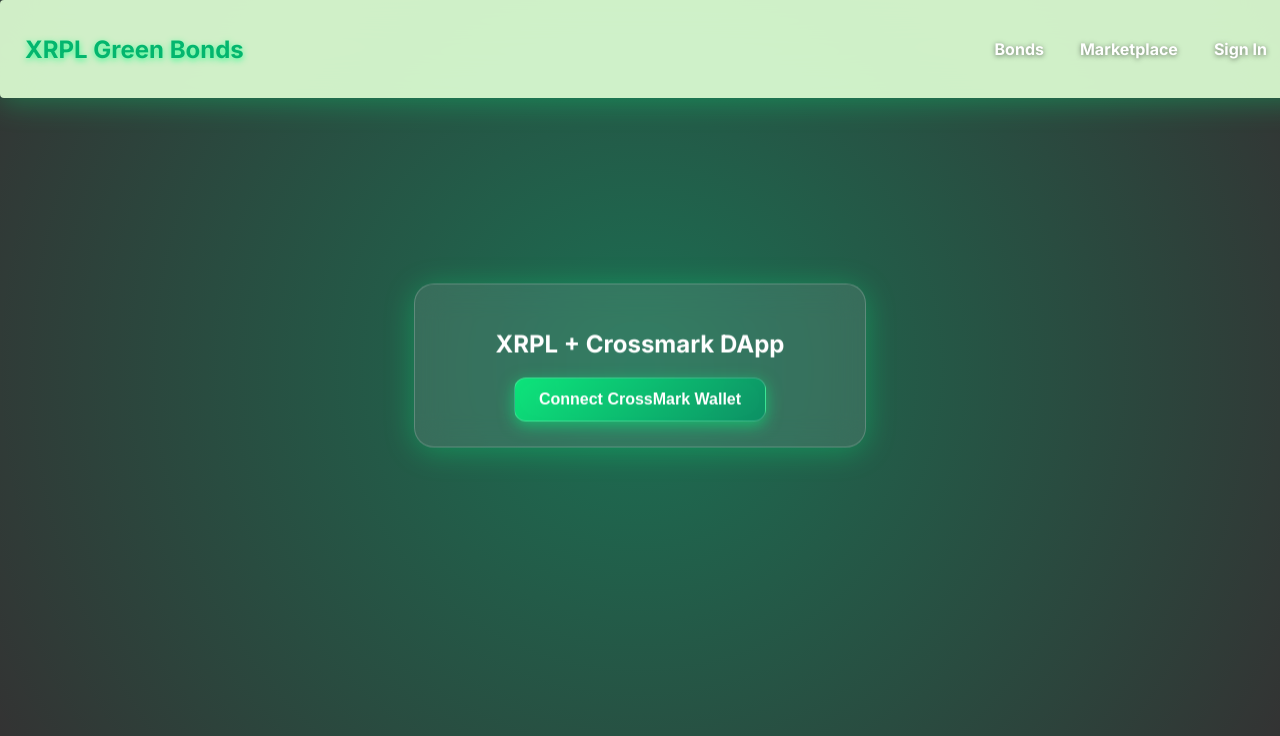
Repository: pbryzek/hackathon-xrpl
Page: / (app in frontend/)
An editor plug-in stored every save of this project. The page is shown before and after the next save, followed by the edit.
The browser window is 1280 px wide. The pictures show the whole page.
The page's requests for data from a server got no answer. The project was rebuilt for these pictures with package versions that can differ from the ones it lists, and the page was loaded fresh each time. No one was signed in, and anything a server would have sent is missing. Also part of the build but not shown: frontend/vite.config.ts, frontend/src/services/bondService.ts, frontend/src/pages/BondSelection.tsx, frontend/src/lib/utils.ts, frontend/src/components/ui/button.tsx, frontend/src/components/ui/input.tsx, frontend/src/components/ui/label.tsx, frontend/src/components/ui/tabs.tsx and 15 more.

Above is the page before, as saved 2025-03-15 12:00:05.

### frontend/index.html
<!DOCTYPE html>
<html lang="en">
  <head>
    <meta charset="UTF-8" />
    <meta name="viewport" content="width=device-width, initial-scale=1.0" />
    <title>buy-sell-bonds</title>
    <meta name="description" content="Lovable Generated Project" />
    <meta name="author" content="Lovable" />
    <meta property="og:image" content="/og-image.png" />
  </head>

  <body>
    <div id="root"></div>
    <!-- IMPORTANT: DO NOT REMOVE THIS SCRIPT TAG OR THIS VERY COMMENT! -->
    <script src="https://cdn.gpteng.co/gptengineer.js" type="module"></script>
    <script type="module" src="/src/main.tsx"></script>
  </body>
</html>

### frontend/src/main.tsx
import { createRoot } from 'react-dom/client'
import App from './App.tsx'
import './index.css'
import './index1.css'

createRoot(document.getElementById("root")!).render(<App />);

### frontend/src/App.tsx
import React from "react";
import { BrowserRouter as Router, Routes, Route } from "react-router-dom";
import BondSelection from "./pages/BondSelection";
import CrossMarkAuth from "./pages/CrossMarkAuth";
import Index from "./pages/Index";
import NotFound from "./pages/NotFound";
// ✅ Import the Header Component
import Header from "./components/ui/header";
import "./index.css"; // ✅ Ensure Tailwind is applied
import "./index1.css"; // ✅ Ensure Tailwind is applied


const App: React.FC = () => {
  return (
    <Router>
      <div className="flex flex-col min-h-screen bg-background text-foreground">
        <Header />
        <main className="flex-grow p-4">
          <Routes>
            <Route path="/" element={<CrossMarkAuth />} />
            <Route path="/bonds" element={<BondSelection />} />
            <Route path="/marketplace" element={<Index />} />
            <Route path="*" element={<NotFound />} />
          </Routes>
        </main>
      </div>
    </Router>
  );
};

export default App;

### frontend/src/index.css
@import url('https://fonts.googleapis.com/css2?family=Inter:wght@100;200;300;400;500;600;700;800;900&display=swap');

@tailwind base;
@tailwind components;
@tailwind utilities;


@layer base {
  :root {
    --background: 210 40% 98%;
    --foreground: 222 47% 11%;

    --card: 0 0% 100%;
    --card-foreground: 222 47% 11%;

    --popover: 0 0% 100%;
    --popover-foreground: 222 47% 11%;

    --primary: 221 83% 53%;
    --primary-foreground: 210 40% 98%;

    --secondary: 210 40% 96%;
    --secondary-foreground: 222 47% 11%;

    --muted: 210 40% 96%;
    --muted-foreground: 220 16% 46%;

    --accent: 210 40% 96%;
    --accent-foreground: 222 47% 11%;

    --destructive: 0 84% 60%;
    --destructive-foreground: 210 40% 98%;

    --border: 220 14% 90%;
    --input: 220 14% 90%;
    --ring: 221 83% 53%;

    --radius: 0.8rem;

    --bond-blue: 221 83% 53%;
    --bond-blue-light: 213 94% 68%;
    --bond-blue-dark: 224 76% 48%;
    --bond-gray: 220 14% 90%;
    --bond-gray-light: 220 14% 95%;
    --bond-gray-dark: 218 11% 80%;
    --bond-green: 142 76% 36%;
    --bond-red: 0 84% 60%;
  }

  .dark {
    --background: 222 47% 11%;
    --foreground: 210 40% 98%;

    --card: 222 47% 11%;
    --card-foreground: 210 40% 98%;

    --popover: 222 47% 11%;
    --popover-foreground: 210 40% 98%;

    --primary: 217 91% 60%;
    --primary-foreground: 222 47% 11%;

    --secondary: 217 33% 17%;
    --secondary-foreground: 210 40% 98%;

    --muted: 217 33% 17%;
    --muted-foreground: 215 20% 65%;

    --accent: 217 33% 17%;
    --accent-foreground: 210 40% 98%;

    --destructive: 0 63% 31%;
    --destructive-foreground: 210 40% 98%;

    --border: 217 33% 17%;
    --input: 217 33% 17%;
    --ring: 224 76% 48%;
  }
}

@layer base {
  body {
    background-color: hsl(var(--background));
    color: hsl(var(--foreground));
  }
}

.glass-panel {
  background-color: rgba(255, 255, 255, 0.9);
  backdrop-filter: blur(12px);
  border: 1px solid rgba(255, 255, 255, 0.4);
  box-shadow: 0 4px 6px -1px rgba(0, 0, 0, 0.1), 0 2px 4px -1px rgba(0, 0, 0, 0.06);
}

.animate-enter {
  animation: fade-in 0.4s forwards, slide-up 0.4s forwards;
}

.bond-hover {
  transition: all 0.2s ease-out;
}

.bond-hover:hover {
  transform: translateY(-2px);
}

/* Scrollbar styling */
::-webkit-scrollbar {
  width: 6px;
  height: 6px;
}

::-webkit-scrollbar-track {
  background: transparent;
}

::-webkit-scrollbar-thumb {
  background: hsl(var(--bond-gray-dark));
  border-radius: 6px;
}

::-webkit-scrollbar-thumb:hover {
  background: hsl(var(--bond-blue-light));
}

/* ✅ Floating effect for navbar */
header {
  box-shadow: 0px 4px 30px rgba(0, 255, 128, 0.3);
}

### frontend/src/index1.css
@tailwind base;
@tailwind components;
@tailwind utilities;

@keyframes float {
  0% { transform: translateY(0px); }
  50% { transform: translateY(-10px); }
  100% { transform: translateY(0px); }
}

/* ✅ Global Removal of Underline */
a {
  text-decoration: none !important;
}

/* ✅ Global Styles */
body {
  background: radial-gradient(circle, rgba(2, 96, 64, 0.9) 0%, rgba(0, 0, 0, 0.8) 100%);
  color: white;
  font-family: "Inter", sans-serif;
}

/* ✅ Floating Animation */
.floating {
  animation: float 3s ease-in-out infinite;
}



/* ✅ Lightened Glassmorphism Navbar */
.header {
  background: rgba(221, 253, 211, 0.931); /* Lighter semi-transparent */
  backdrop-filter: blur(20px);
  box-shadow: 0px px 15px rgba(187, 253, 220, 0.4);
  padding: 25px;
  border-radius: 4px;
  position: fixed;
  top: 0;
  left: 0;
  width: 100%;
  z-index: 50;
}

/* ✅ Navbar Links */
.nav-link {
  color: white !important; /* Brighter for visibility */
  font-size: 1rem; /* Bigger font size (≈ 20px) */
  font-weight: 700; /* Bold for better readability */
  text-shadow: 0px 1px 5px rgba(0, 0, 0, 0.5); /* Slight glow */
  padding: 14px 18px; /* Increased padding for better spacing */
  border-radius: 10px;
  transition: background 0.3s ease-in-out;
  text-decoration: none; /* Removes underline */
}

.nav-link:hover {
  background: rgba(255, 255, 255, 0.4);
  color: #001F1F; /* Darker contrast on hover */
  text-shadow: none;
}

/* ✅ Fix nav link positioning */
.links {
  position: relative;
  margin-right: 20px;
}


/* ✅ Logo Styling */
.logo {
  font-size: 1.5rem;
  font-weight: bold;
  color: #03b66e; /* Neon green */
  text-shadow: 0px 2px 6px rgba(0, 255, 128, 0.7);
}





/* ✅ Glass Card */
.glass-card {
  background: rgba(255, 255, 255, 0.1); /* Semi-transparent white */
  backdrop-filter: blur(15px); /* Smooth frosted glass effect */
  box-shadow: 0px 4px 30px rgba(0, 255, 128, 0.3); /* Stronger green glow */
  border: 1px solid rgba(255, 255, 255, 0.2); /* Subtle border */
  padding: 25px;
  border-radius: 20px;
  transition: all 0.3s ease-in-out;
}

.glass-card:hover {
  box-shadow: 0px 6px 35px rgba(0, 255, 128, 0.5); /* More intense on hover */
  transform: scale(1.02); /* Slight expansion effect */
}

/* ✅ Glass Button */
.glass-button {
  background: linear-gradient(135deg, rgba(0, 255, 128, 0.8), rgba(0, 150, 100, 0.8));
  color: white;
  padding: 12px 24px;
  border-radius: 12px;
  font-size: 16px;
  font-weight: bold;
  backdrop-filter: blur(15px);
  border: 1px solid rgba(255, 255, 255, 0.2);
  box-shadow: 0px 4px 15px rgba(0, 255, 128, 0.5);
  transition: all 0.3s ease-in-out;
}

.glass-button:hover {
  background: linear-gradient(135deg, rgba(0, 255, 128, 1), rgba(0, 150, 100, 1));
  transform: scale(1.05);
  box-shadow: 0px 6px 20px rgba(0, 255, 128, 0.7);
}

.glass-button:disabled {
  background: rgba(255, 255, 255, 0.2);
  cursor: not-allowed;
  box-shadow: none;
}

### frontend/src/pages/CrossMarkAuth.tsx
import React, { useState, useEffect } from "react";
import sdk from "@crossmarkio/sdk";
import * as xrpl from "xrpl";
import "../index1.css"
import { signIn } from "../services/authService"; // Import service

const CrossmarkAuth: React.FC = () => {
  const [account, setAccount] = useState<string | null>(null);
  const [balance, setBalance] = useState<string | null>(null);
  const [isLoading, setIsLoading] = useState<boolean>(false);

  useEffect(() => {
    console.log("Crossmark session will not restore automatically.");
    // Do NOT check localStorage or auto-authenticate
  }, []);


  const signInWithCrossmark = async () => {
    setIsLoading(true);
    try {
      console.log("User clicked sign-in, starting authentication...");

      // Step 1: Authenticate via Crossmark
      const { response } = await sdk.methods.signInAndWait();
      if (!response || !response.data || !response.data.address) {
        throw new Error("Failed to authenticate with Crossmark");
      }

      const userAccount = response.data.address;
      setAccount(userAccount);
      fetchBalance(userAccount);

      // Step 2: Send wallet address to backend
      console.log("Sending wallet address to backend...");
      const backendResponse = await signIn();
      console.log("Backend Response:", backendResponse);

    } catch (error) {
      console.error("Crossmark sign-in failed:", error);
    } finally {
      setIsLoading(false);
    }
  };

  const fetchBalance = async (walletAddress: string) => {
    try {
      const client = new xrpl.Client("wss://s.altnet.rippletest.net/");
      await client.connect();
      const response = await client.request({
        command: "account_info",
        account: walletAddress,
        ledger_index: "validated",
      });
      const xrpBalance = xrpl.dropsToXrp(response.result.account_data.Balance);
      setBalance(xrpBalance.toString());
      client.disconnect();
    } catch (error) {
      console.error("Error fetching balance:", error);
    }
  };

  return (
    <div className="flex justify-center items-center h-screen bg-background">
      <div className="floating glass-card text-center w-[400px]">
        <h2 className="text-2xl font-semibold text-primary mb-4">XRPL + Crossmark DApp</h2>

        {!account ? (
          <button
            onClick={signInWithCrossmark}
            disabled={isLoading}
            className="glass-button transition-all duration-300"
          >
            {isLoading ? "Signing in..." : "Connect CrossMark Wallet"}
          </button>
        ) : (
          <>
            <p className="text-lg text-white/90 mb-2">Connected Wallet:</p>
            <p className="text-white text-lg font-bold">{account}</p>
            <p className="text-sm text-white/70 mt-2">Balance: {balance} XRP</p>
          </>
        )}
      </div>
    </div>
  );
};

export default CrossmarkAuth;

### frontend/src/components/ui/header.tsx
import React from "react";
import { Link } from "react-router-dom";

const Header: React.FC = () => {
  return (
    <header className="header">
      <div className="container mx-auto flex justify-between items-center px-6">
        {/* ✅ Logo */}
        <Link to="/" className="logo no-underline">
          XRPL Green Bonds
        </Link>

        {/* ✅ Navigation Links */}
        <div className="links ml-auto mr-10"> {/* Moves links further from the right */}
          <nav className="flex space-x-10">
            <Link to="/bonds" className="nav-link">Bonds</Link>
            <Link to="/marketplace" className="nav-link">Marketplace</Link>
            <Link to="/" className="nav-link">Sign In</Link>
          </nav>
        </div>
      </div>
    </header>
  );
};

export default Header;

### frontend/src/services/authService.ts
const BACKEND_URL = import.meta.env.VITE_BACKEND_DOMAIN;

export const signIn = async () => {
    try {
      const response = await fetch(`${BACKEND_URL}/create-signin`, {
        method: "POST",
        headers: {
          "Content-Type": "application/json",
        },
      });

      if (!response.ok) {
        throw new Error(`HTTP error! Status: ${response.status}`);
      }

      const data = await response.json();
      console.log("Sign-in response:", data);
      return data;
    } catch (error) {
      console.error("Error signing in:", error);
      throw error;
    }
};

After the next save:
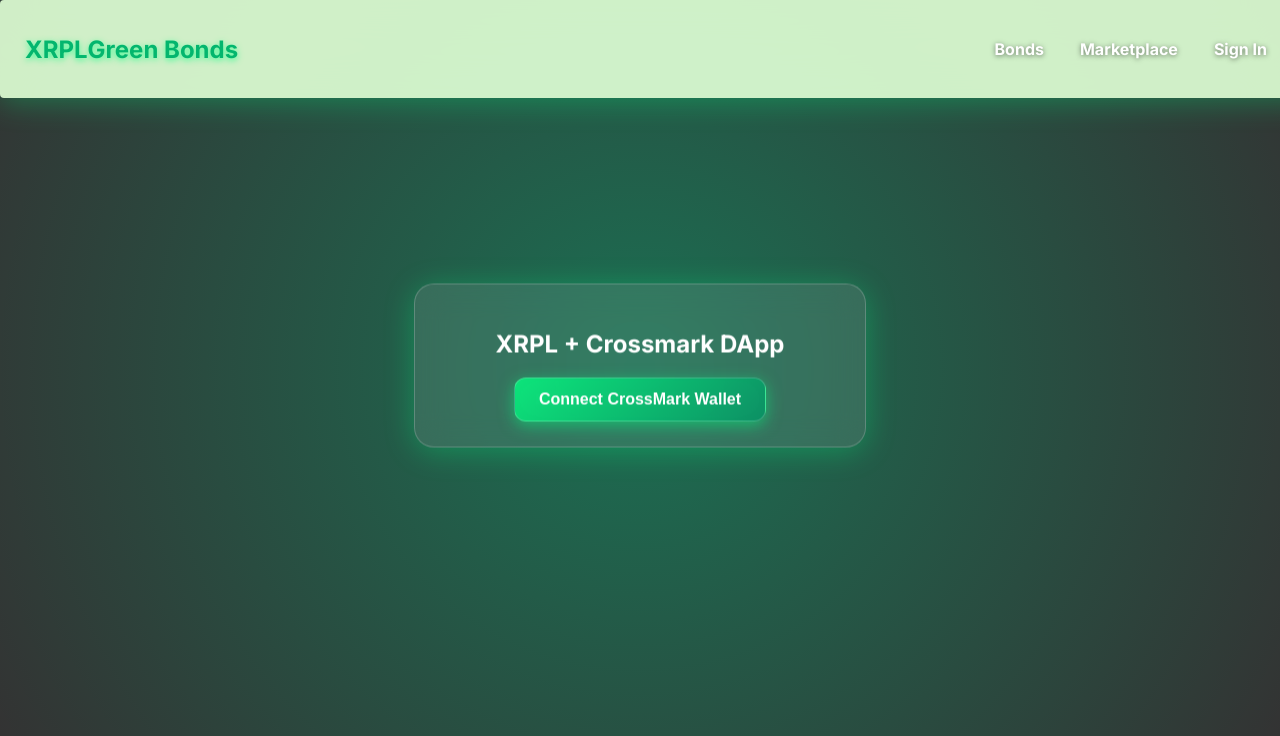
Saved 5 min 4 s later.
--- a/frontend/src/components/ui/header.tsx
+++ b/frontend/src/components/ui/header.tsx
@@ -1,21 +1,32 @@
 import React from "react";
-import { Link } from "react-router-dom";
+import { Link, useLocation } from "react-router-dom";
 
 const Header: React.FC = () => {
+  const location = useLocation();
+
+  // Function to check if the link is active
+  const isActive = (path: string) => location.pathname === path;
+
   return (
     <header className="header">
-      <div className="container mx-auto flex justify-between items-center px-6">
-        {/* ✅ Logo */}
-        <Link to="/" className="logo no-underline">
-          XRPL Green Bonds
+      <div className="container mx-auto flex justify-between items-center">
+        {/* Logo */}
+        <Link to="/" className="logo no-underline flex items-center gap-2">
+          <span className="text-green-600">XRPL</span> Green Bonds
         </Link>
 
-        {/* ✅ Navigation Links */}
-        <div className="links ml-auto mr-10"> {/* Moves links further from the right */}
-          <nav className="flex space-x-10">
-            <Link to="/bonds" className="nav-link">Bonds</Link>
-            <Link to="/marketplace" className="nav-link">Marketplace</Link>
-            <Link to="/" className="nav-link">Sign In</Link>
+        {/* Navigation Links */}
+        <div className="links">
+          <nav className="flex space-x-6">
+            <Link to="/bonds" className={`nav-link ${isActive('/bonds') ? 'active' : ''}`}>
+              Bonds
+            </Link>
+            <Link to="/marketplace" className={`nav-link ${isActive('/marketplace') ? 'active' : ''}`}>
+              Marketplace
+            </Link>
+            <Link to="/" className={`nav-link ${isActive('/') ? 'active' : ''}`}>
+              Sign In
+            </Link>
           </nav>
         </div>
       </div>
